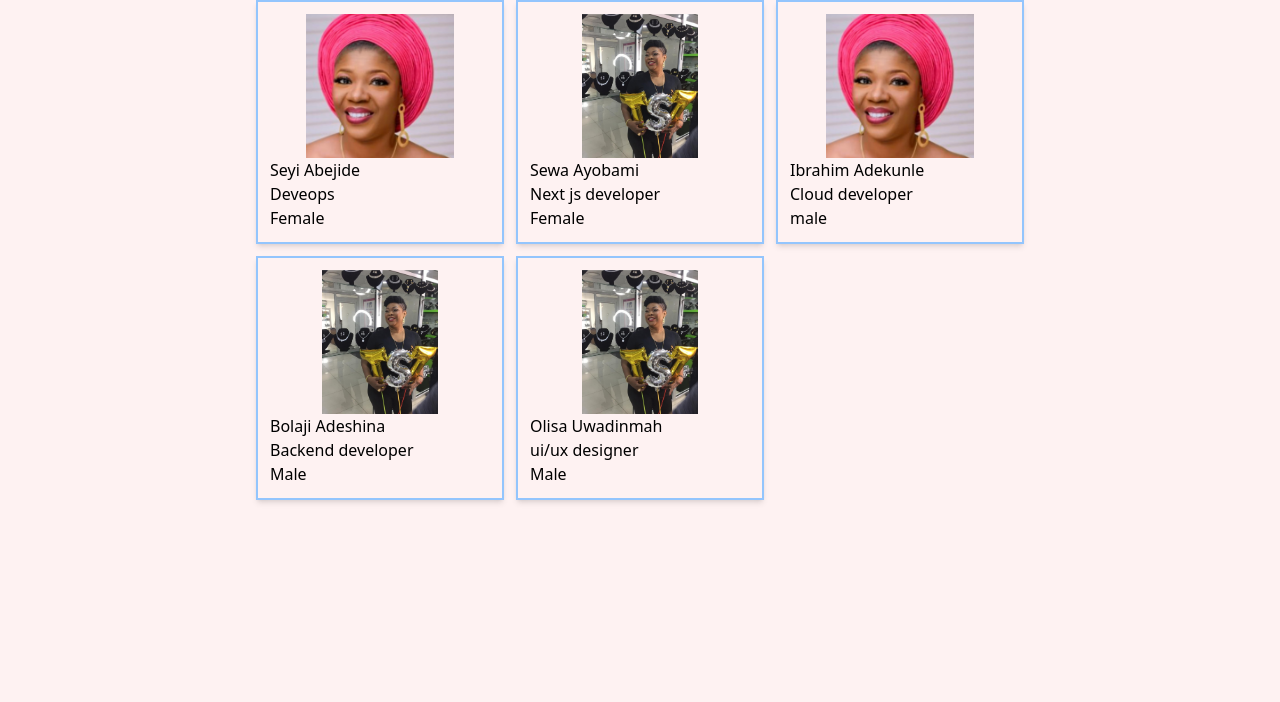
Repository: Semanmernstack/Bincom
Page: /
The author's editor kept a copy of each file at every save. The page is drawn from the files as they stood at one save, then again after the next save.
The browser window is 1280 px wide. The pictures show the whole page.
The project was rebuilt for these pictures with package versions that can differ from the ones it lists, and the page was loaded fresh each time. The framework's server and built-in components were replaced by stand-ins that run in the browser. Also part of the build but not shown: next.config.mjs.

Above is the page before, as saved 2024-01-25 05:32:02.

### app/layout.tsx
import type { Metadata } from "next";
import { Inter } from "next/font/google";
import "./globals.css";

const inter = Inter({ subsets: ["latin"] });

export const metadata: Metadata = {
  title: "Create Next App",
  description: "Generated by create next app",
};

export default function RootLayout({
  children,
}: Readonly<{
  children: React.ReactNode;
}>) {
  return (
    <html lang="en">
      <body className=" min-h-screen bg-red-50">{children}</body>
    </html>
  );
}

### app/page.tsx
import slidefour from "../public/slidefour.png"


import slidethree from "../public/slidethree.png"
import SetUp from "./components/SetUp";


const data = [
  {
    id: "1",
    title: "Seyi Abejide",
    image:"slidefour.png",
    role: "Deveops",
    gender: "Female",

  },
  {
    id: "2",
    title: "Sewa Ayobami",
    image: "slidethree.png",
    role: "Next js developer",
    gender: "Female"

  },
  {
    id: "3",
    title: "Ibrahim Adekunle",
    image:"slidefour.png",
    role: "Cloud developer",
    gender: "male",

  },
  {
    id: "4",
    title: "Bolaji Adeshina",
    image: "slidethree.png",
    role: "Backend developer",
    gender: "Male",

  },
  {
    id: "5",
    title: "Olisa Uwadinmah",
    image: "slidethree.png",
    role: "ui/ux designer",
    gender: "Male",

  },


];



export default function Home() {
  return (
    <main className=" flex flex-col max-w-3xl mx-auto ">
      <div className="grid grid-cols-1 sm:grid-cols-2 md:grid-cols-3 gap-3">
          {data.map((p, index)=> (
              <div className=" border-2 border-blue-300 shadow-md items-center justify-center flex" key={index}>
                <SetUp
                  id={p.id}
                  title={p.title}
                  image={p.image}
                  role={p.role}
                  gender= {p.gender}
                />
              </div>

          ))}


      </div>



    </main>
  );
}

### app/components/SetUp.tsx
import React from 'react'
interface B {
    id: string
    title: string
    image: string
    role: string
    gender: string
}


function SetUp({id, title, image, role, gender}:B) {
  return (
    <div className=' p-3 '>
      <img src={image} alt="image" className='h-36 w-56  object-contain' />
      <div>
        <h1>{title}</h1>
        <div>
          <h2>{role}</h2>
          <h2>{gender}</h2>
        </div>

        <div>

        </div>

      </div>

    </div>
  )
}

export default SetUp

Loaded but not shown: app/globals.css (common file); tailwind.config.ts (common file)

After the next save:
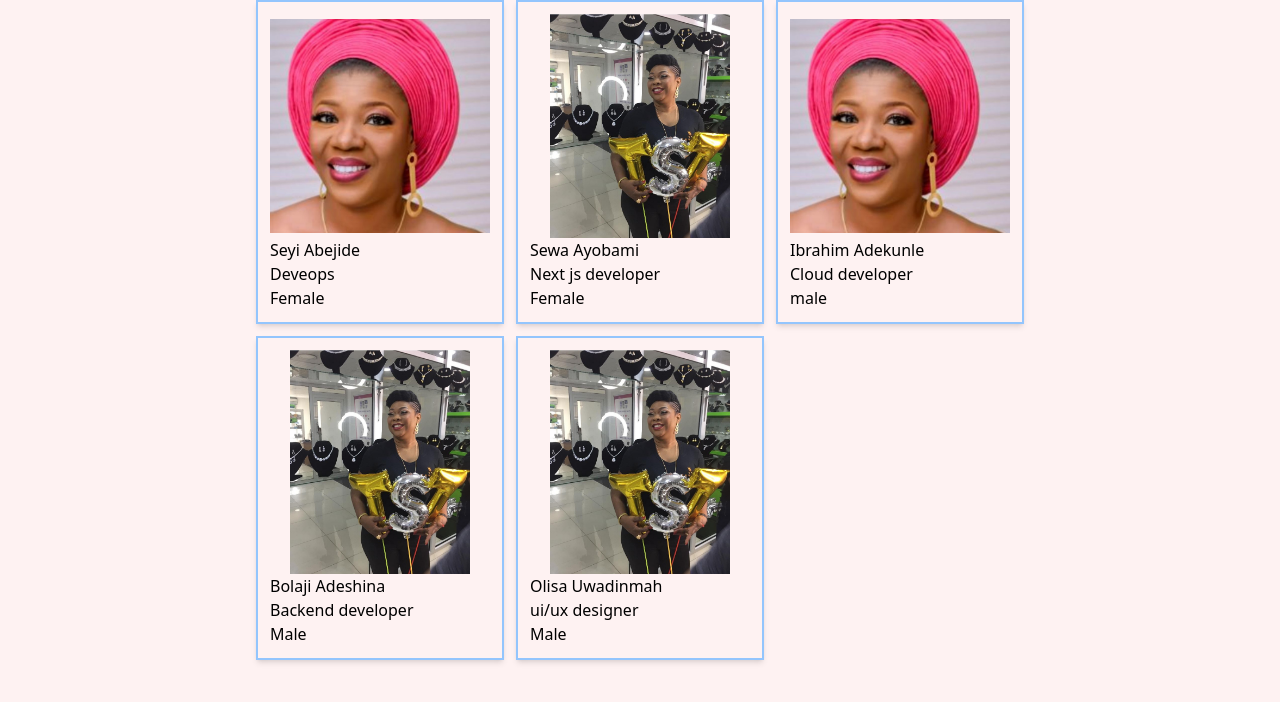
Saved 14 s later.
--- a/app/components/SetUp.tsx
+++ b/app/components/SetUp.tsx
@@ -11,7 +11,7 @@ interface B {
 function SetUp({id, title, image, role, gender}:B) {
   return (
     <div className=' p-3 '>
-      <img src={image} alt="image" className='h-36 w-56  object-contain' />
+      <img src={image} alt="image" className='h-56 w-56  object-contain' />
       <div>
         <h1>{title}</h1>
         <div>
